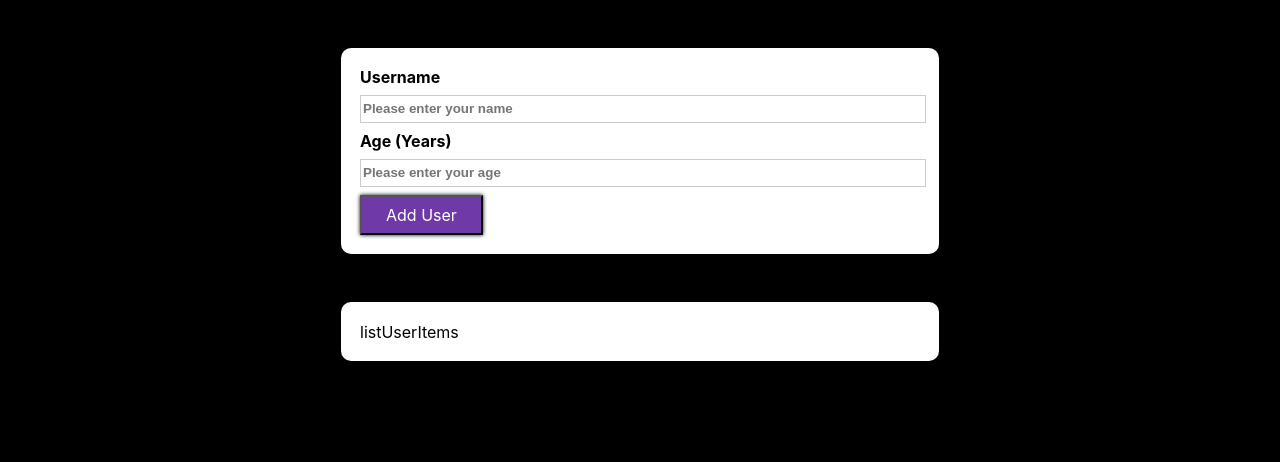
Repository: NamalPathirana/section-eight
Page: /
These files come from the project's save history. The page is drawn as it stood at one moment and after a run of saves; the edit follows.
The browser window is 1280 px wide. The pictures show the whole page.
The project was rebuilt for these pictures with package versions that can differ from the ones it lists, and the page was loaded fresh each time.

Above is the page before, as saved 2021-11-26 06:18:21.

### src/index.css
body {
  margin: 0;
  padding: 0%;
  height: 100%;
  width: 100%;
  display: flex;
  flex-direction: column;
  background-color: black;
  font-family: -apple-system, BlinkMacSystemFont, 'Segoe UI', 'Roboto', 'Oxygen',
    'Ubuntu', 'Cantarell', 'Fira Sans', 'Droid Sans', 'Helvetica Neue',
    sans-serif;
  -webkit-font-smoothing: antialiased;
  -moz-osx-font-smoothing: grayscale;
}

code {
  font-family: source-code-pro, Menlo, Monaco, Consolas, 'Courier New',
    monospace;
}

### src/App.js
import logo from './logo.svg';
import './App.css';
import UserInput from './Components/UserInput/UserInput';
import UserList from './Components/UserList/UserList';

function App() {
  return (
    <div className="App">
      <section>
      <UserInput></UserInput>
      </section>
      <section>
      <UserList></UserList>
      </section>

    </div>
  );
}

export default App;

### src/App.css
.App {


}

### src/Components/UserInput/UserInput.js
import Button from '../../UI/Button/Button';
import styles from './UserInput.module.css'

const UserInput = () => {
    return (
        <form>
        <div className={styles.frame}>
            <label>Username</label>
            <input placeholder='Please enter your name'/>
            <label>Age (Years)</label>
            <input placeholder='Please enter your age'/>
            <Button name='Add User'></Button>
        </div>
        </form>
    );
};

export default UserInput;

### src/Components/UserList/UserList.js
import styles from './UserList.module.css';
import UserListItem from '../UserListItem/UserListItem'


const UserList = () => {

    var userList =
    [
        {name:'Dave',age:'27'},
        {name:'looper',age:'29'}
    ];

    const listUserItems = userList.map(row=>{
        return  <UserListItem name={row.name} age={row.age}/>;
    });

    return(
        <div className={styles.frame}>
           listUserItems
        </div>
    );
}

export default UserList;

### src/UI/Button/Button.js
import styles from "./Button.module.css";

const Button = (props) => {
  return <button className={styles.button}>{props.name}</button>;
};

export default Button;

### src/Components/UserInput/UserInput.module.css
.frame{
    margin: 0.5rem 0.5rem;
    padding: 1.2rem 1.2rem;
    width: 35rem;
    max-width: 90%;
    margin: 3rem auto;
    background-color: white;
    border-radius: 10px;

}

.frame input{
    display: block;
    font-weight: bold;
    border: 1px solid #ccc;
    line-height: 1.5rem;
    padding: 100 0.25rm;
    width: 100%;
    margin-bottom: 0.5rem;
}

.frame input:hover{
    border: 1px solid rgb(49, 45, 45);
}

.frame label{
    display: block;
    align-content: flex-start;
    font-weight: bold;
    margin-bottom: 0.5rem;
}

### src/Components/UserList/UserList.module.css
.frame{
    margin: 0.5rem 0.5rem;
    padding: 1.2rem 1.2rem;
    width: 35rem;
    max-width: 90%;
    margin: 3rem auto;
    background-color: white;
    border-radius: 10px;
    display: flex;
    flex-direction: column;
}

### src/UI/Button/Button.module.css
.button{
    font: inherit;
    padding: 0.5rem 1.5rem;
    background-color: rgb(112, 57, 168);
    color:white;
    box-shadow: 0 0 4px black;
    cursor: pointer;
    width: auto;
}

.button:focus{
    outline: none;
}

.button:hover,.button:active{
    background-color: rgb(185, 140, 231);
    border-color: rgb(185, 140, 231);
    box-shadow: 0 0 8px black;
}

### src/Components/UserListItem/UserListItem.js
import styles from './UserListItem.module.css';


const UserListItem = (props) => {

    const listUserItems = props.items.map(row=>{
        return   <h3>{row.name} ({row.age} Years Old)</h3>
    });

    return(
        <div className={styles.list_item}>
            {listUserItems}
        </div>
    );
}

export default UserListItem;

### src/Components/UserListItem/UserListItem.module.css
.list_item{
    border: 1px solid gray;
    display: block;
    padding: 0.5rem 0.3rem;

}

.list_item h3{
    margin: 0px;
}

Loaded but not shown: public/index.html (common file); src/index.js (common file); src/reportWebVitals.js (common file)

After the next 4 saves:
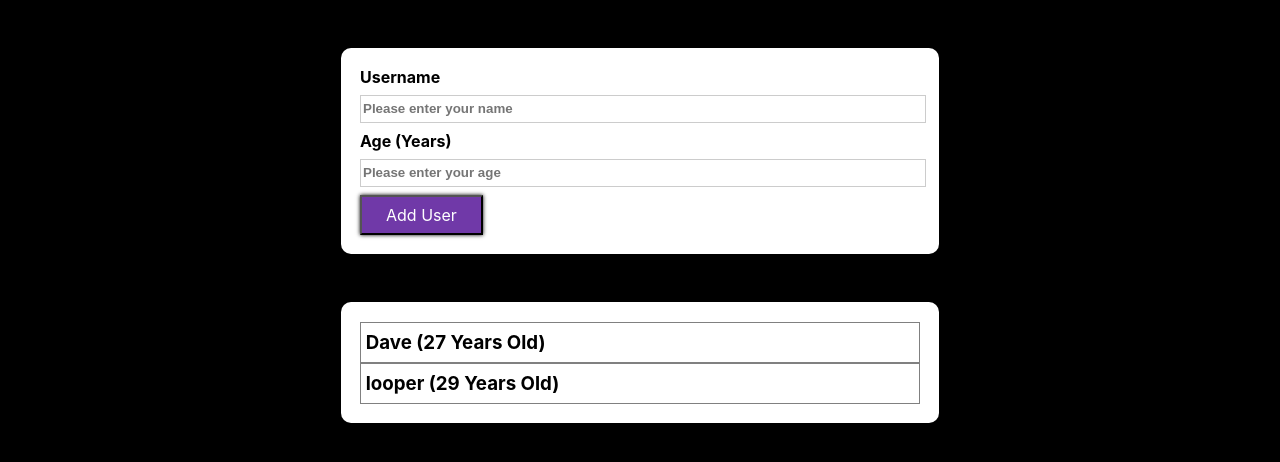
The 4 saves are shown as one change because 1 did not build or start and some came seconds apart.
The last was saved 30 s later.
--- a/src/Components/UserList/UserList.js
+++ b/src/Components/UserList/UserList.js
@@ -16,7 +16,7 @@ const UserList = () => {
 
     return(
         <div className={styles.frame}>
-           listUserItems
+           {listUserItems}
         </div>
     );
 }
--- a/src/Components/UserListItem/UserListItem.js
+++ b/src/Components/UserListItem/UserListItem.js
@@ -3,13 +3,9 @@ import styles from './UserListItem.module.css';
 
 const UserListItem = (props) => {
 
-    const listUserItems = props.items.map(row=>{
-        return   <h3>{row.name} ({row.age} Years Old)</h3>
-    });
-
     return(
         <div className={styles.list_item}>
-            {listUserItems}
+            <h3>{props.name} ({props.age} Years Old)</h3>
         </div>
     );
 }
